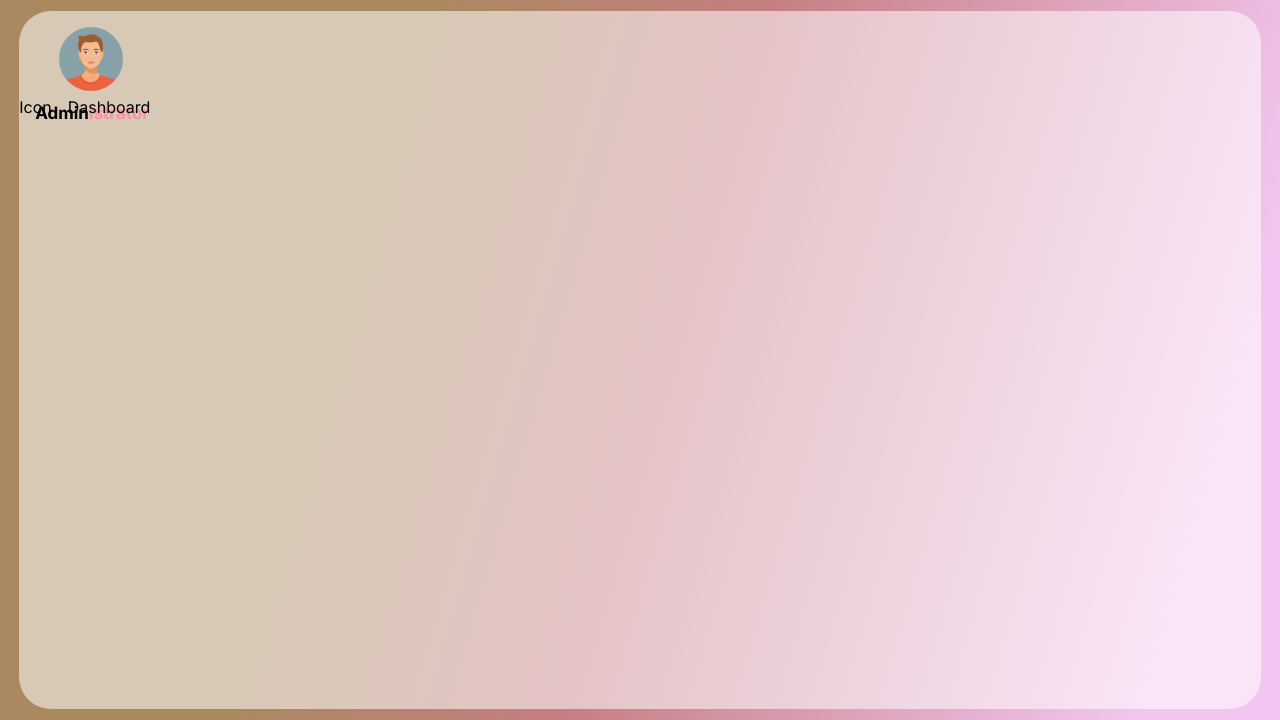
Repository: Zeeohn/react-admin-dash1
Page: /
An editor plug-in stored every save of this project. The page is shown before and after the next save, followed by the edit.
The browser window is 1280 px wide. The pictures show the whole page.
The project was rebuilt for these pictures with package versions that can differ from the ones it lists, and the page was loaded fresh each time.

Above is the page before, as saved 2022-05-20 12:09:48.

After the next save:
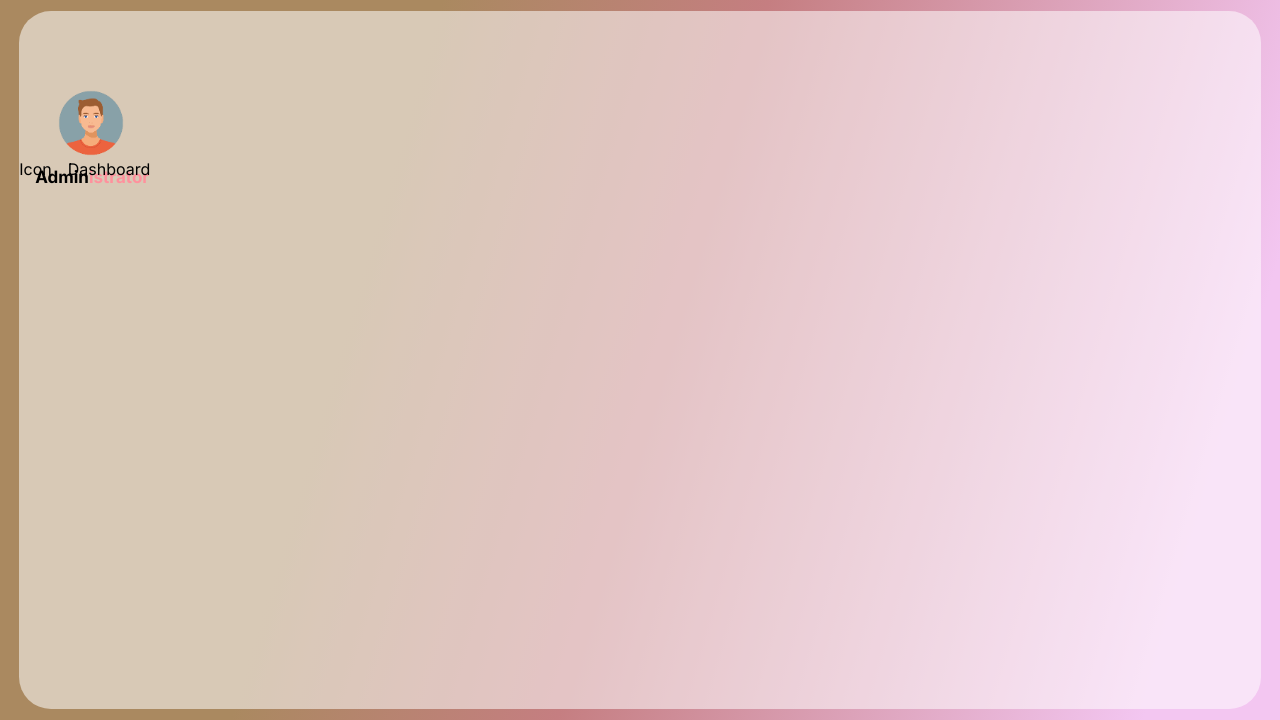
Saved 2 min 6 s later.
--- a/src/components/sidebar/Sidebar.css
+++ b/src/components/sidebar/Sidebar.css
@@ -2,7 +2,7 @@
   display: flex;
   flex-direction: column;
   position: relative;
-  padding-top: 0.5rem;
+  padding-top: 4rem;
   transition: all 300ms ease;
 }
 
@@ -12,6 +12,7 @@
   font-weight: bold;
   font-size: 17px;
   gap: 0.1rem;
+  margin-top: 0.5rem;
   padding-left: 1rem;
   align-items: center;
   justify-content: center;
